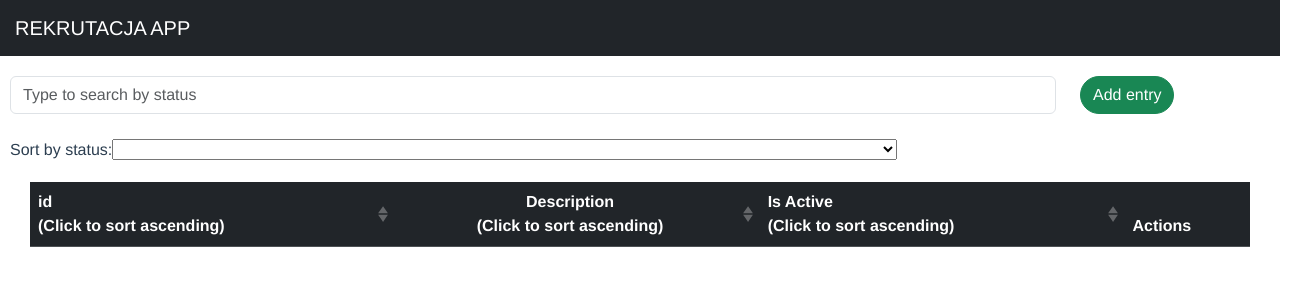
Repository: Madaless/vue_elastic
Page: / (app in vuejsapp/crudapp/)
These files come from the project's save history. The page is drawn as it stood at one moment and after the next save; the edit follows.
The browser window is 1280 px wide. The page is 1292 px wide, then 1280 px, then 1292 px, so the pictures cover 1292 px, including what lies to the right of the window. The pictures show the whole page.
The page's requests for data from a server got no answer. The project was rebuilt for these pictures with package versions that can differ from the ones it lists, and the page was loaded fresh each time. No one was signed in, and anything a server would have sent is missing.

Above is the page before, as saved 2021-09-13 03:01:33.

### vuejsapp/crudapp/src/main.js
import Vue from 'vue'
import App from './App.vue'
import store from  './store/index'
import { BootstrapVue, IconsPlugin } from 'bootstrap-vue'

// Import Bootstrap an BootstrapVue CSS files (order is important)
import 'bootstrap/dist/css/bootstrap.css'
import 'bootstrap-vue/dist/bootstrap-vue.css'

// Make BootstrapVue available throughout your project
Vue.use(BootstrapVue)
// Optionally install the BootstrapVue icon components plugin
Vue.use(IconsPlugin)

Vue.config.productionTip = false

new Vue({
  store,
  render: h => h(App),
}).$mount('#app')

### vuejsapp/crudapp/src/App.vue
<template>
  <div id="app">
    <b-navbar class="navbar navbar-expand navbar-dark bg-dark">
      <b-navbar-brand id="header" href="#">REKRUTACJA APP</b-navbar-brand>
    </b-navbar>

    <b-row id = "filterEntry">
      <b-col sm="10"><FilterEntry /></b-col>
      <b-col sm="2"><AddEntry /></b-col>
    </b-row>

    <EntryList />
  </div>
</template>

<script>
import AddEntry from "./components/AddEntry.vue";
import FilterEntry from "./components/FilterEntry.vue";
import EntryList from "./components/EntryList.vue";

export default {
  name: "App",
  components: {
    AddEntry,
    FilterEntry,
    EntryList,
  },
};
</script>

<style>
#app {
  font-family: Avenir, Helvetica, Arial, sans-serif;
  -webkit-font-smoothing: antialiased;
  -moz-osx-font-smoothing: grayscale;
  color: #2c3e50;
}
#header {
  padding-left: 15px;
}

#filterEntry {
    padding-top: 20px;
    padding-bottom: 20px;
    padding-left: 10px;
    padding-right: 10px;
}
</style>

### vuejsapp/crudapp/src/store/index.js
import Vuex from 'vuex';
import Vue from 'vue';
import entryList from './modules/entryList';

Vue.use(Vuex);

export default new Vuex.Store({
    modules: {
        entryList
    }
})

### vuejsapp/crudapp/src/components/AddEntry.vue
<template>
  <div>
    <b-button  v-b-modal.modal-prevent-closing pill block variant="success">Add entry</b-button>






     <b-modal
      id="modal-prevent-closing"
      ref="modal"
      title="Submit new Entry"
      @show="resetModal"
      @hidden="resetModal"
      @ok="handleOk"
    >
      <form ref="form" @submit.stop.prevent="handleSubmit">
        <b-form-group
          label="Name"
          label-for="name-input"
          invalid-feedback="Name is required"
          :state="nameState"
        >
          <b-form-input
            id="title-input"
            v-model="title"
            :state="titleState"
            required
          ></b-form-input>
        </b-form-group>

        <b-form-group
          label="Description"
          label-for="description-input"
          invalid-feedback="Desc is required"
          :state="nameState"
        >
          <b-form-input
            id="title-input"
            v-model="desription"
            :state="descriptionState"
            required
          ></b-form-input>
        </b-form-group>

        <b-form-group
          label="Active"
          label-for="status-input"
          invalid-feedback="Status is required"
          :state="nameState"
        >
          <b-form-select
            id="status-input"
            v-model="name"
            :state="statusState"
            :options="statuses"
            :aria-describedby="ariaDescribedby"
            size="l"
            class="w-75"
            required
          ></b-form-select>

        </b-form-group>


      </form>
    </b-modal>
  </div>
</template>

<script>
export default {
  setup() {},
  data() {
      return {
        statuses: ["no", "yes"],
      }
  }
};
</script>

<style scoped>
</style>

### vuejsapp/crudapp/src/components/FilterEntry.vue
<template>
  <div>
    <b-form-input
      id="filter-input"
      type="search"
      placeholder="Type to search by status"
      v-on:change="filterEntryList($event)"
    ></b-form-input>

      <b-form-group
        label-for="sort-by-select"
        label-cols-sm="3"
        label-align-sm="right"
        label-size="sm"
        class="mb-0"
        v-slot="{ ariaDescribedby }"
      >
      <label>{{Sort}} </label>
        <b-form-select
          id="sort-by-select"
          v-on:change="filterEntryList($event)"
          :options="sortOptions"
          :aria-describedby="ariaDescribedby"
          size="l"
          class="w-75"
        >
          <template #first>
            <option value="">-- none --</option>
          </template>
        </b-form-select>
      </b-form-group>
  </div>
</template>

<script>
import {mapActions} from "vuex";

export default {
  setup() {},
  methods: {
      ...mapActions(["filterEntryList"]),
  },
  data() {
    return {
      Sort: "Sort by status: ",
      sortOptions: ["no", "yes"],
    };
  },
};
</script>

<style scoped>
</style>

### vuejsapp/crudapp/src/components/EntryList.vue
<template>
  <div id="entryList">

    <div class="todos" >
      <b-table :items="entryList" class="table table-striped table-dark" :fields="fields">
        <template #cell(name)="row">
          {{ row.value.first }} {{ row.value.last }}
        </template>

        <template #cell(actions)="row">

          <b-button size="sm" pill block variant="danger" v-on:click="deleteEntry(row.item.id)">
            Delete entry
            </b-button>
        </template>

      </b-table>

      <!-- <table class="table table-striped table-dark">
        <thead>
          <tr>
            <th>Title</th>
            <th>Description</th>
            <th>Status</th>
          </tr>
        </thead>
        <tbody>
          <tr v-for="entry in entryList" v-bind:key="entry.key">
            <td>{{ entry.title }}</td>
          </tr>
        </tbody>
      </table> -->
    </div>
  </div>
</template>

<script>
import { mapGetters, mapActions } from "vuex";

export default {
  name: "EntryList",
  methods: {
    ...mapActions(["fetchEntryList","deleteEntry"]),
  },
  computed: mapGetters(["entryList"]),
  created() {
    this.fetchEntryList();
  },
  data() {
    return {
      fields: [
        {
          key: "id",
          label: "id",
          sortable: true,
          sortDirection: "desc",
        },
        {
          key: "description",
          label: "Description",
          sortable: true,
          class: "text-center",
        },
        {
          key: "status",
          label: "Is Active",
          formatter: (value) => {
            return value ? "Yes" : "No";
          },
          sortable: true,
          sortByFormatted: true,
          filterByFormatted: true,
        },
        { key: "actions", label: "Actions" },
      ],
    };
  },
};
</script>

<style scoped>
#entryList {
  padding-left: 30px;
  padding-right: 30px;
}
</style>

### vuejsapp/crudapp/src/store/modules/entryList.js
import axios from 'axios';

const state = {
  entryList: []
};
// get the state
const getters = {
  entryList: (state) => {
    return state.entryList
  }
};

const actions = {
  // fetch from api
  async fetchEntryList({ commit }) {
    const response = await axios.get('http://localhost:8082/entries/');
    console.log(response)
    commit('setEntryList', response.data.content);
  },

  async deleteEntry({ commit }, id) {
    await axios.delete(`http://localhost:8082/entries/${id}`);
    commit('removeEntry', id);
  },

  async addEntry({ commit }, entry) {
    const response = await axios.post(`http://localhost:8082/entries/`,
      entry);

    commit('addTodo', response.data)
  },

  async filterEntryList({ commit },isActive, name) {
    if(isActive === "") isActive = undefined
    else
      isActive = isActive === "yes";

    let response;

    if(name !== undefined && isActive !== undefined)
      response = await axios.get(`http://localhost:8082/entries/filter?name=${name}&status=${isActive}`);
    else if(name !== undefined)
      response = await axios.get(`http://localhost:8082/entries/filter?name=${name}`);
    else if(isActive !== undefined)
      response = await axios.get(`http://localhost:8082/entries/filter?status=${isActive}`);
    else
      response = await axios.get('http://localhost:8082/entries/');

    console.log(response)

    commit('setEntryList', response.data.content ? response.data.content : response.data);
  },
}

const mutations = {
  setEntryList: (state, entryList) => (state.entryList = entryList),
  removeEntry: (state, id) => state.entryList = state.entryList.filter((entry) => entry.id !== id),
  addEntry:(state, newEntry) => state.entryList.unshift(newEntry)
};

export default {
  state,
  getters,
  actions,
  mutations
};

Loaded but not shown: vuejsapp/crudapp/public/index.html (common file)

After the next save:
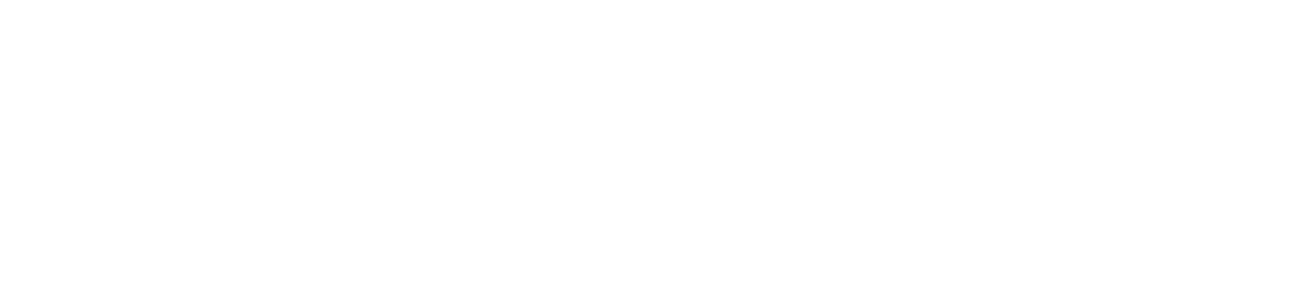
Console error: ReferenceError: mapActions is not defined
Saved 80 s later.
--- a/vuejsapp/crudapp/src/components/AddEntry.vue
+++ b/vuejsapp/crudapp/src/components/AddEntry.vue
@@ -72,6 +72,9 @@
 <script>
 export default {
   setup() {},
+  methods: {
+    ...mapActions(["addEntry"]),
+  },
   data() {
       return {
         statuses: ["no", "yes"],

After the save that followed:
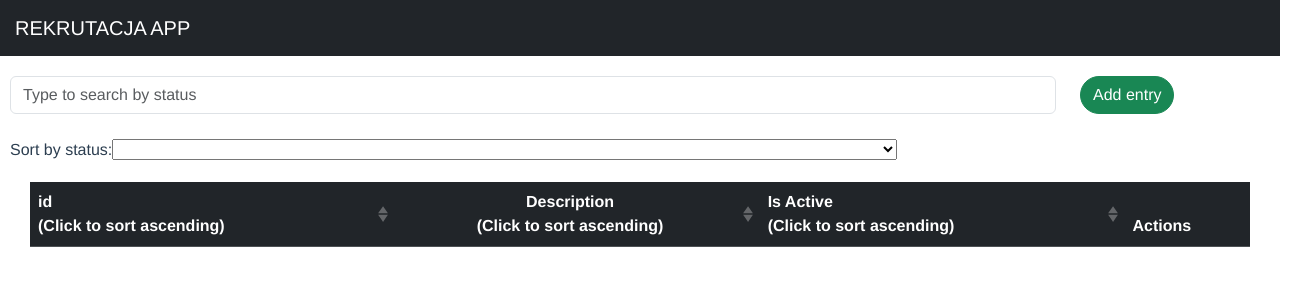
The error is gone.
Saved 17 s later.
--- a/vuejsapp/crudapp/src/components/AddEntry.vue
+++ b/vuejsapp/crudapp/src/components/AddEntry.vue
@@ -70,6 +70,8 @@
 </template>
 
 <script>
+import {mapActions} from "vuex";
+
 export default {
   setup() {},
   methods: {
